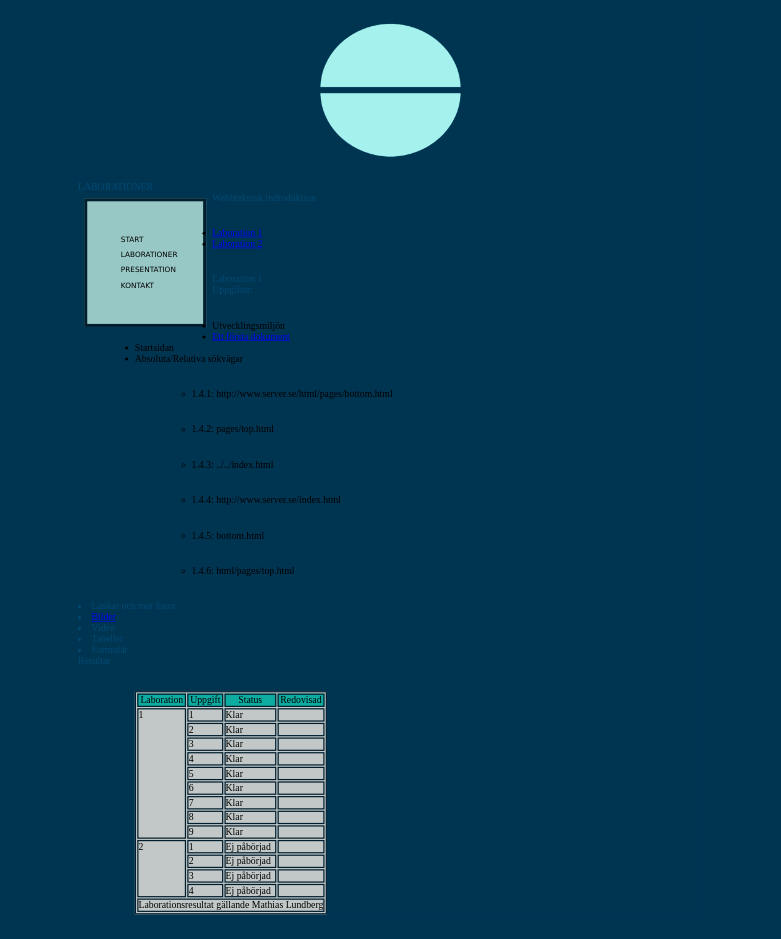
Repository: ml223nw/1ik415-laborationer
Page: pages/laborationer.html
The author's editor kept a record of every edit. The page is drawn from the files as they stood at one moment, then again after the next edit.
The browser window is 1280 px wide. The pictures show the whole page, at 61% of full size.

Above is the page before.

### pages/laborationer.html
<!DOCTYPE html>
<html lang="sv">
    <head>
        <meta charset="utf-8">
        <title>Laborationer - Mathias portal</title>
        <link rel="stylesheet" href="../css/style.css"/>
    </head>
    <body>
    <div id='container'>
    <div id="header">
    </div>
        <h1>LABORATIONER</h1>
        <div id='navigation'>
            <ul>
                <li><a href="../index.html">Start</a></li>
                <li><a href="laborationer.html">Laborationer</a></li>
                <li><a href="presentation.html">Presentation</a></li>
                <li><a href="kontakt.html">Kontakt</a></li>
            </ul>
        </div>
        <h2>Webbteknisk indroduktion</h2>

            <ul>
        <li><a href="http://coursepress.lnu.se/kurs/webbteknisk-introduktion/laborationer/l01-struktur-och-innehall/">Laboration 1</a></li>
            <li><a href="https://coursepress.lnu.se/kurs/webbteknisk-introduktion/laborationer/l02-en-stiligare-portal/">Laboration 2</a></li>
    </ul>

        <h2>Laboration 1</h2>

        <p>Uppgifter:</p>

    <ul>
      <li>Utvecklingsmiljön</li>
      <li><a href="../pages/presentation.html#jag">Ett första dokument</a></li>
      <li>Startsidan</li>

      <li>Absoluta/Relativa sökvägar
        <ul>
          <li>1.4.1: http://www.server.se/html/pages/bottom.html</li>
        </ul>
      </li>

      <ul>
        <li>1.4.2: pages/top.html</li>
      </ul>

      <ul>
        <li>1.4.3: ../../index.html</li>
      </ul>

      <ul>
        <li>1.4.4: http://www.server.se/index.html</li>
      </ul>

      <ul>
        <li>1.4.5: bottom.html</li>
      </ul>

      <ul>
        <li>1.4.6: html/pages/top.html</li>
      </ul>
    </ul>


      <li>Länkar och mer listor</li>
      <li><a href="../index.html#svg">Bilder</a></li>
      <li>Video</li>
      <li>Tabeller</li>
      <li>Formulär</li>

    </ol>


          <h3>Resultat</h3>
  <table border='1'>
    <thead>
      <tr>
        <th>Laboration</th>
        <th>Uppgift</th>
        <th>Status</th>
        <th>Redovisad</th>
      </tr>
    </thead>
    <tbody>
      <tr>
      <td rowspan="9">1</td>
        <td>1</td>
        <td>Klar</td>
        <td></td>
      </tr>

          <tr>
            <td>2</td>
            <td>Klar</td>
            <td></td>
          </tr>

          <tr>
            <td>3</td>
            <td>Klar</td>
            <td></td>
          </tr>

          <tr>
            <td>4</td>
            <td>Klar</td>
            <td></td>
          </tr>

          <tr>
            <td>5</td>
            <td>Klar</td>
            <td></td>
          </tr>

          <tr>
            <td>6</td>
            <td>Klar</td>
            <td></td>
          </tr>

          <tr>
            <td>7</td>
            <td>Klar</td>
            <td></td>
          </tr>

          <tr>
            <td>8</td>
            <td>Klar</td>
            <td></td>
          </tr>

          <tr>
            <td>9</td>
            <td>Klar</td>
            <td></td>
          </tr>

          <tr>
          <td rowspan="4">2</td>
            <td>1</td>
            <td>Ej påbörjad</td>
            <td></td>
          </tr>

          <tr>
            <td>2</td>
            <td>Ej påbörjad</td>
            <td></td>
          </tr>

          <tr>
            <td>3</td>
            <td>Ej påbörjad</td>
            <td></td>
          </tr>

          <tr>
            <td>4</td>
            <td>Ej påbörjad</td>
            <td></td>
          </tr>
          </tbody>
      <tfoot>
      <tr>
          <td colspan="4">Laborationsresultat gällande Mathias Lundberg</td>
      </tr>
      </tfoot>
  </table>


        </body>
</html>

### css/style.css
/* http://meyerweb.com/eric/tools/css/reset/
   v2.0 | 20110126
   License: none (public domain)
*/

html, body, div, span, applet, object, iframe,
h1, h2, h3, h4, h5, h6, p, blockquote, pre,
a, abbr, acronym, address, big, cite, code,
del, dfn, em, img, ins, kbd, q, s, samp,
small, strike, strong, sub, sup, tt, var,
b, u, i, center,
dl, dt, dd, ol, ul, li,
fieldset, form, label, legend,
table, caption, tbody, tfoot, thead, tr, th, td,
article, aside, canvas, details, embed,
figure, figcaption, footer, header, hgroup,
menu, nav, output, ruby, section, summary,
time, mark, audio, video {
	margin: 0;
	padding: 0;
	border: 0;
	font-size: 100%;
	font: inherit;
	vertical-align: baseline;
}
/* HTML5 display-role reset for older browsers */
article, aside, details, figcaption, figure,
footer, header, hgroup, menu, nav, section {
}
#container {
    width:1024px;
    margin-left:auto;
    margin-right:auto;
    color:#004a74;
    background-color:#76c8c3;
	}
#header {
	background-color:#003552;
	background-image: url('../pics/logoTop.png');
	background-position: center;
	background-repeat: no-repeat;
	text-align:center;
	height:237px;
    }
#navigation {
	float:left;
	background-color:#42847D;
	width:205px;
	margin-top:5px;
	margin-right:5px;
	}

#content {
	float: right;
	float: left;
	color: black;
	background-color:#76c8c3;
	width:1024px;
	font-family:Georgia, serif;
	margin-top:5px;
	margin-bottom:5px;
	}

/* http://meyerweb.com/eric/tools/css/reset/
   v2.0 | 20110126
   License: none (public domain)
*/
html, body, div, span, applet, object, iframe,
h1, h2, h3, h4, h5, h6, p, blockquote, pre,
a, abbr, acronym, address, big, cite, code,
del, dfn, em, img, ins, kbd, q, s, samp,
small, strike, strong, sub, sup, tt, var,
b, u, i, center,
dl, dt, dd, ol, ul, li,
fieldset, form, label, legend,
table, caption, tbody, tfoot, thead, tr, th, td,
article, aside, canvas, details, embed,
figure, figcaption, footer, header, hgroup,
menu, nav, output, ruby, section, summary,
time, mark, audio, video {
	margin: 0;
	padding: 0;
	border: 0;
	font-size: 100%;
	font: inherit;
	vertical-align: baseline;
}

body {
	background-color:#003552;
	alignment-adjust:middle;
}

/* Main body for everything */
#container {
    width:1024px;
    margin-left:auto;
    margin-right:auto;
    color:#004a74;
    background-color:#003552;
	}

/* Top body of the webpage (where the logo goes) */
#header {
	margin-top:30px;
	margin-bottom:30px;
	background-color:#003552;
	background-image: url('../pics/logoTop.png');
	background-position: center;
	background-repeat: no-repeat;
	height:237px;
    }

/* Body of the menu */
#navigation {
	border-style:solid;
    border-width:5px;
    border-color:#001E2E;
	margin-top:10px;
	margin-bottom:10px;
	float:left;
	background-color:#97C8C5;
	padding-top:20px;
	padding-bottom:20px;
	width:190px;
	margin-right:10px;
	margin-left:10px;
	}

/* Alignments of the menu fonts */
#navigation ul {
    margin-top:5px;
    margin-bottom:5px;
    margin:30px;
    padding-right:20px;
    list-style:none;
	}

/* Body of the content */
#content {
	float:left;
	border-style:solid;
    border-width:5px;
    border-color:#001E2E;
	background-color: #97C8C5;
	width:780px;
	font-family:Georgia, serif;
	padding-top:20px;
	padding-bottom:20px;
	margin-top:10px;
	margin-bottom:10px;
	}

/* Font sizes, colors and alignment of contents */
#content h3, h4, video, ul, ol, table {
    margin:40px 93px 40px 93px;
    color:black;
    }

#content img {
    border-left:solid 0px;
    border-right:solid 15px;
    border-color: #97C8C5;
    float:left;
    margin-left:93px;
    }

#content h2 {
    margin:30px 60px 110px 60px;
    color:black;
    }

#content h2 {
    color:black;
	font-size: 2.0em;
    font-weight: bold;
	text-transform: uppercase;
    }

#content h3 {
   	color:black;
	font-size: 1.2em;
	font-weight: bold;
    }

#content p {
    margin:30px 93px 30px 93px;
    color:black;
    }

#content li {
    margin:40px;
    }

#postlink {
    margin:30px 93px 30px 93px;
}

/* Author of the webpage */
#footer {
    margin-left:854px;
	margin-top:10px;
	margin-bottom:15px;
    background-color:#76c8c3;
    width:154px;
    font-family:"Times New Roman", serif;
    font-size:2;
    clear:both;
}

#footer p {
    text-indent:10px;
	color:black;

}

/* Blog post author */
.postfooter {
	margin-left:auto;
	margin-right:auto;
	font-style:italic;
	text-indent:10px;
	background-color:#C2C8C7;
    border: 1px solid #001E2E;
    border-bottom-style:solid;
    border-top-style:solid;
    border-left-style:none;
    border-right-style:none;
	width: 593px;
	line-height: 180%;
}

#navigation a {
    font-size:12px;
    line-height: 210%;
    text-decoration:none;
    font-family:Verdana, sans-serif;
    color:black;
    text-transform:uppercase;
    display:block;
    background-repeat: no-repeat;
    text-indent:25px;
}

#home {
    width: 24px;
    height: 24px;
    background: url('pics/sprite.png') 0 0px;
    background-repeat: no-repeat;
}

#home:hover {
    width: 24px;
    height: 24px;
    background: url('pics/sprite.png') 0 -48px;
    background-repeat: no-repeat;
}

#lab {
    width: 24px;
    height: 24px;
    background: url('pics/sprite.png') 0 -95px;
    background-repeat: no-repeat;
}

#lab:hover {
    width: 24px;
    height: 24px;
    background: url('pics/sprite.png') 0 -143px;
    background-repeat: no-repeat;
}

#pres {
    width: 24px;
    height: 24px;
    background: url('pics/sprite.png') 0 -191px;
    background-repeat: no-repeat;
}

#pres:hover {
    width: 24px;
    height: 24px;
    background: url('pics/sprite.png') 0 -239px;
    background-repeat: no-repeat;
}

#kontakt {
    width: 24px;
    height: 24px;
    background: url('pics/sprite.png') 0 -287px;
    background-repeat: no-repeat;
}

#kontakt:hover {
    width: 24px;
    height: 24px;
    background: url('pics/sprite.png') 0 -335px;
    background-repeat: no-repeat;
}

/* Mouse pointer hovering a menu link */
#navigation a:hover {
    background-color:#0EABA1;
    width:130px;

/* Link is yellow depending on which page is shown */
}
#navigation .active {
    background-color:yellow;
    width:130px;
}

#content a:hover {
    font-size:100%;
    color:yellow;
    text-decoration:underline;
}
#content a:visited a:hover {
    font-size:100%;
    color:black;
    text-decoration:underline;
}

/* Page title */
.title {
	background-color:#97C8C5;
	margin-right:10px;
	margin-left:10px;
    width:160px;
    border-color:#001E2E;
    }

/* Positon of the page title */
#mathiasportal {
    margin-left:30px;
    font-size:0.8em;
    font-weight: bold;
    font-family:Verdana, sans-serif;
    color:black;
}

/* Table */
table, th, td {
   border: 2px solid #001E2E;
   background-color:#C2C8C7;
}


th {
    background-color:#0EABA1;
}

#submit {
	margin-left:auto;
	margin-right:auto;
	margin-top:30px;
}

/* Alignments of the images in #content */
.left {
	margin-left:26px;
	margin-right:93px;
}

.right {
    float:right;
}

/* Contact forms */
#content form {
    margin:40px 93px 40px 93px;
}


fieldset {
    margin-left:auto;
	margin-right:auto;
    border:2px solid #001E2E;
    background-color: #C2C8C7;
}

#content input {
    margin-left:90px;
}

textarea {
    resize:none;
    width:400px;
    height:110px;
}

#content .radio {
	margin-left:auto;
	margin-right:auto;
}

legend {
    margin-left:90px;
    background-color:#0EABA1;
    color:black;
}

#hcard-Mathias-Lundberg-Simon-Lundberg {
    background-color:#C2C8C7;
    border:solid 1px black;
    margin:30px 93px 30px 93px;
    color:black;
}

#hcard-Mathias-Lundberg-Simon-Lundberg p {
    margin:30px 0px 30px 0px;
    color:black;
}

After the next edit:
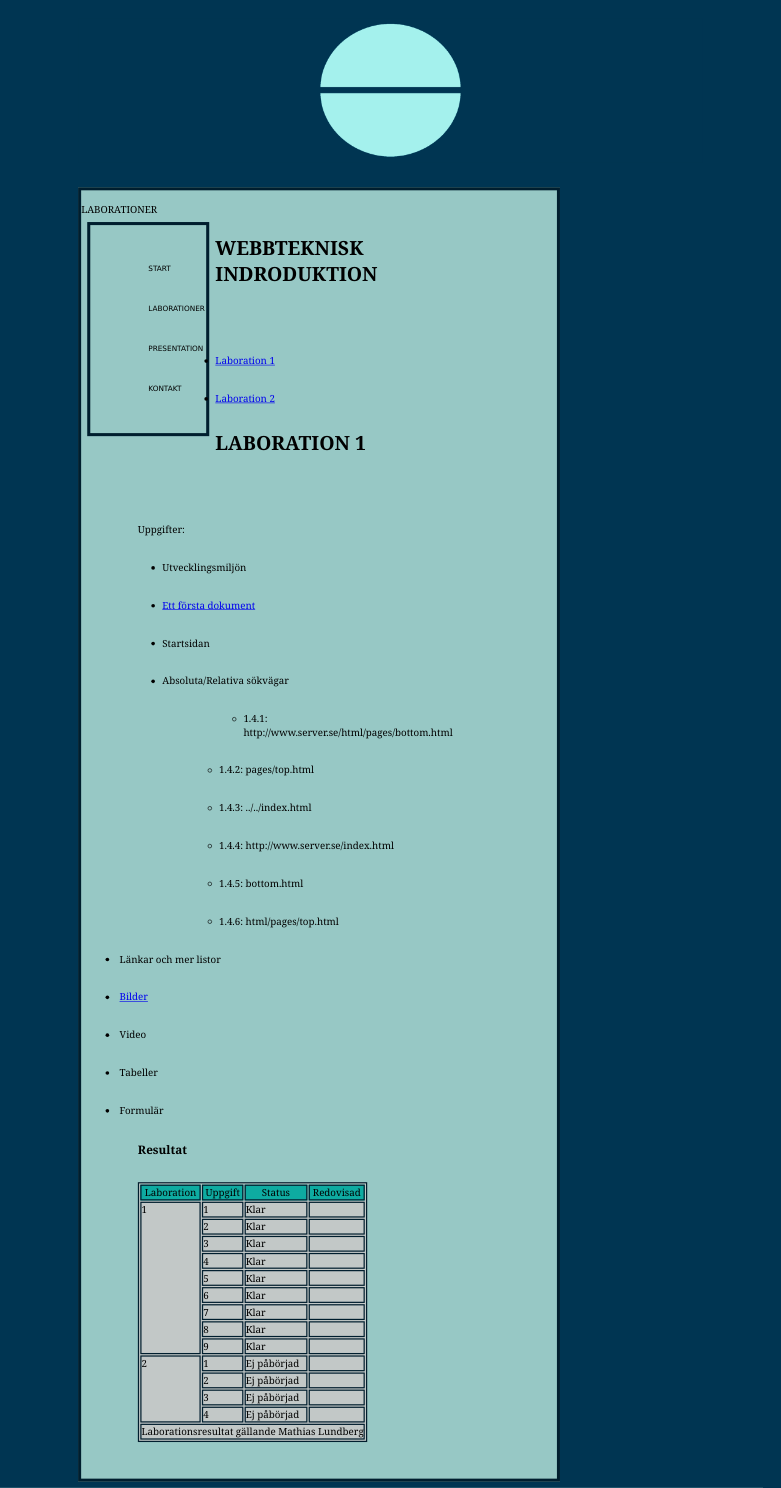
The edit:
--- a/pages/laborationer.html
+++ b/pages/laborationer.html
@@ -9,6 +9,7 @@
     <div id='container'>
     <div id="header">
     </div>
+    <div id='content'>
         <h1>LABORATIONER</h1>
         <div id='navigation'>
             <ul>
